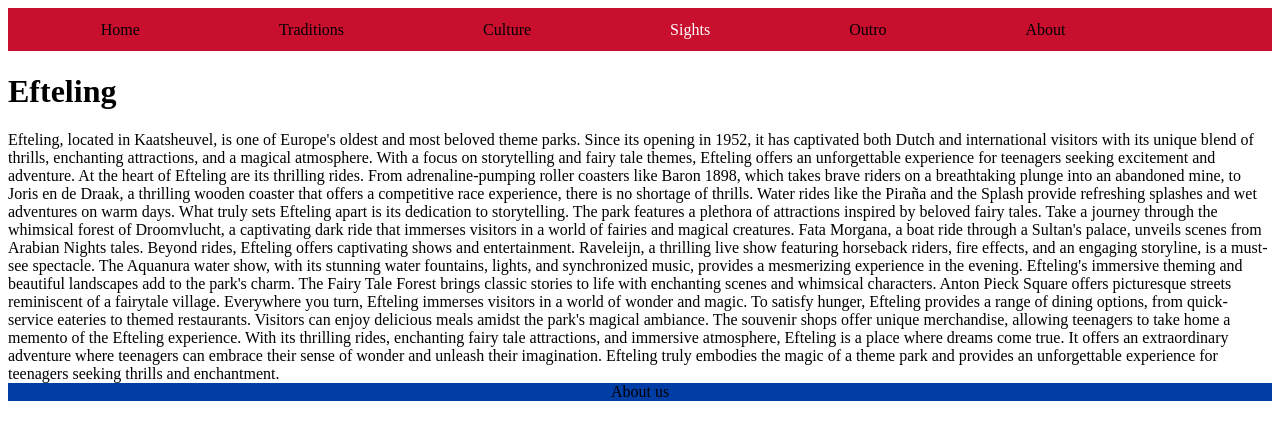
Repository: Cornman63/The-netherlands
Page: sights.html
An editor plug-in stored every save of this project. The page is shown before and after the next save, followed by the edit.
The browser window is 1280 px wide. The pictures show the whole page.

Above is the page before, as saved 2023-05-23 10:01:21.

After the next save:
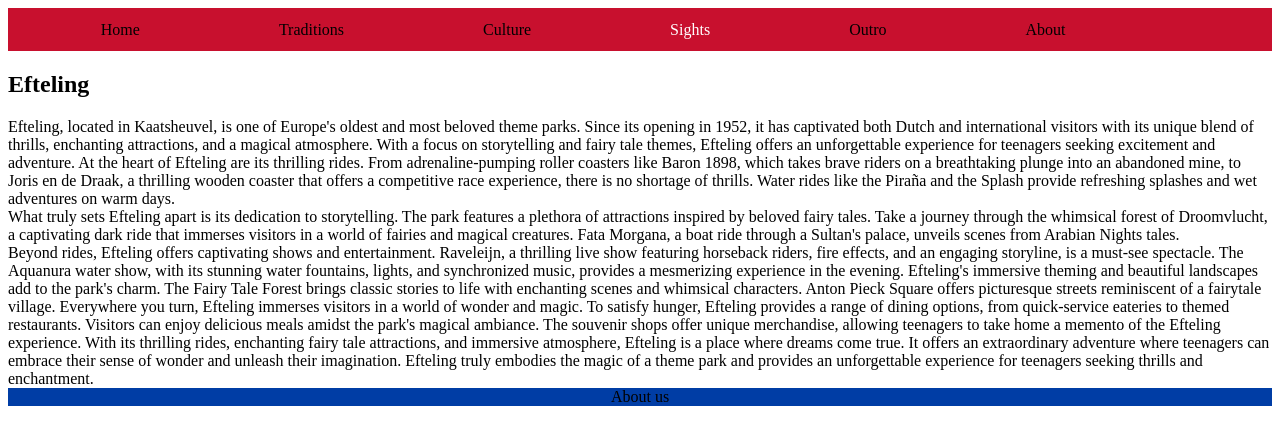
Saved 55 s later.
--- a/sights.html
+++ b/sights.html
@@ -17,14 +17,14 @@
         <div class="site"><a href="outro.html" style="color:black" class="link">Outro</a></div>
         <div class="site"><a href="about.html" style="color:black" class="link">About</a></div>
     </div>
-    <h1>Efteling</h1>
+    <h2>Efteling</h2>
     <div class="text">
         Efteling, located in Kaatsheuvel, is one of Europe's oldest and most beloved theme parks. Since its opening in 1952, it has captivated both Dutch and international visitors with its unique blend of thrills, enchanting attractions, and a magical atmosphere. With a focus on storytelling and fairy tale themes, Efteling offers an unforgettable experience for teenagers seeking excitement and adventure.
 
 At the heart of Efteling are its thrilling rides. From adrenaline-pumping roller coasters like Baron 1898, which takes brave riders on a breathtaking plunge into an abandoned mine, to Joris en de Draak, a thrilling wooden coaster that offers a competitive race experience, there is no shortage of thrills. Water rides like the Piraña and the Splash provide refreshing splashes and wet adventures on warm days.
-
+<br>
 What truly sets Efteling apart is its dedication to storytelling. The park features a plethora of attractions inspired by beloved fairy tales. Take a journey through the whimsical forest of Droomvlucht, a captivating dark ride that immerses visitors in a world of fairies and magical creatures. Fata Morgana, a boat ride through a Sultan's palace, unveils scenes from Arabian Nights tales.
-
+<br>
 Beyond rides, Efteling offers captivating shows and entertainment. Raveleijn, a thrilling live show featuring horseback riders, fire effects, and an engaging storyline, is a must-see spectacle. The Aquanura water show, with its stunning water fountains, lights, and synchronized music, provides a mesmerizing experience in the evening.
 
 Efteling's immersive theming and beautiful landscapes add to the park's charm. The Fairy Tale Forest brings classic stories to life with enchanting scenes and whimsical characters. Anton Pieck Square offers picturesque streets reminiscent of a fairytale village. Everywhere you turn, Efteling immerses visitors in a world of wonder and magic.
